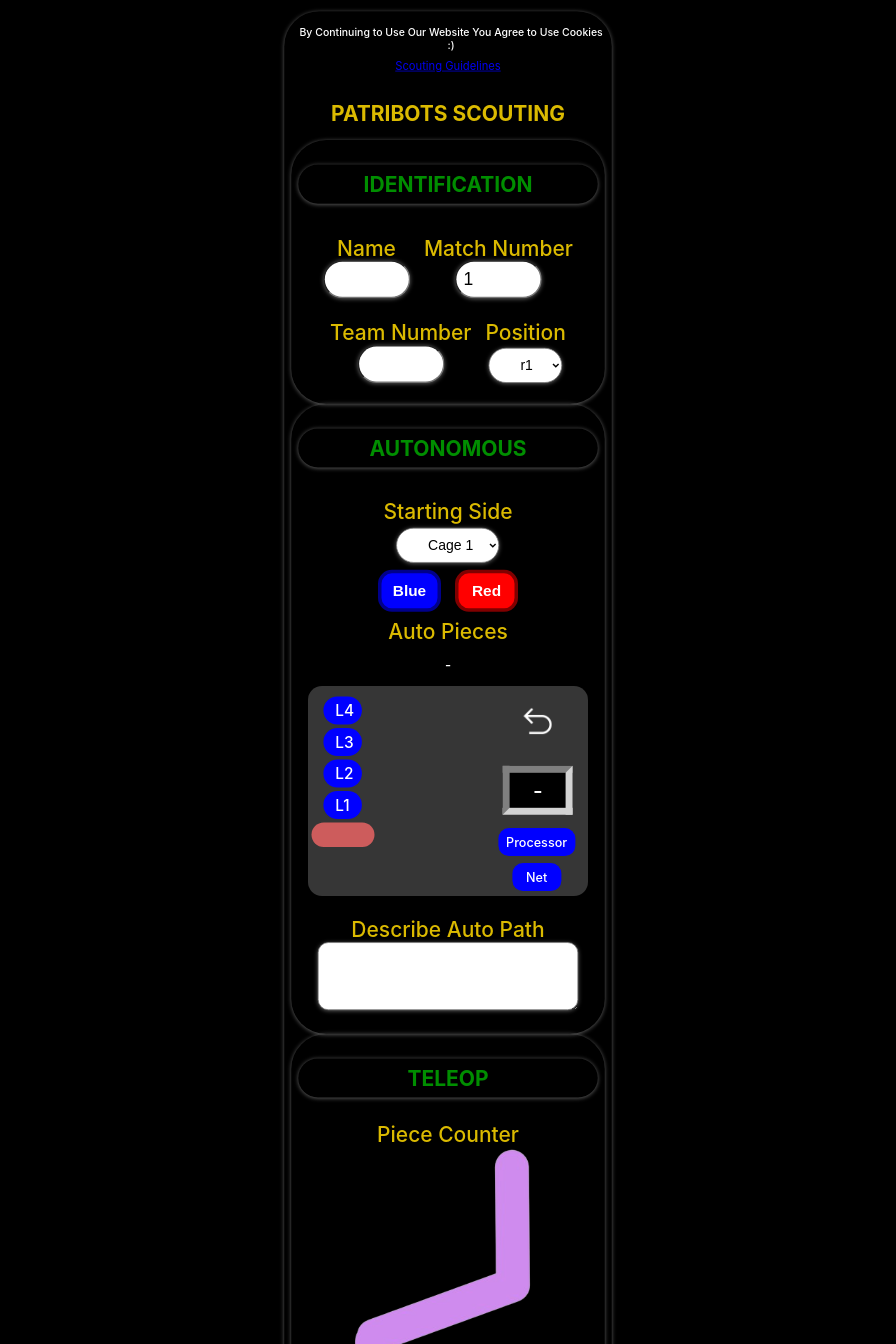
Repository: Patribots4738/ScoutingWebsite
Page: /
The author's editor kept a copy of each file at every save. The page is drawn from the files as they stood at one save, then again after the next save.
The browser window is 1280 px wide. The pictures show the part of the page from y = 0 to 1920 px (the page is 3999 px tall), at 70% of full size.
The project was rebuilt for these pictures with package versions that can differ from the ones it lists, and the page was loaded fresh each time. Also part of the build but not shown: craco.config.js, src/widgets/Counter.js.

Above is the page before, as saved 2025-01-26 18:11:00.

### public/index.html
<!DOCTYPE html>
<html lang="en">
  <head>
    <meta charset="utf-8" />
    <link rel="icon" href="%PUBLIC_URL%/favicon.ico" />
    <meta name="viewport" content="width=device-width,initial-scale=0.8,maximum-scale=1,user-scalable=no" />
    <meta name="theme-color" content="#000000" />
    <meta
      name="description"
      content="Web site created using create-react-app"
    />
    <link rel="apple-touch-icon" href="%PUBLIC_URL%/logo192.png" />
    <!--
      manifest.json provides metadata used when your web app is installed on a
      user's mobile device or desktop. See https://developers.google.com/web/fundamentals/web-app-manifest/
    -->
    <link rel="manifest" href="%PUBLIC_URL%/manifest.json" />
    <!--
      Notice the use of %PUBLIC_URL% in the tags above.
      It will be replaced with the URL of the `public` folder during the build.
      Only files inside the `public` folder can be referenced from the HTML.

      Unlike "/favicon.ico" or "favicon.ico", "%PUBLIC_URL%/favicon.ico" will
      work correctly both with client-side routing and a non-root public URL.
      Learn how to configure a non-root public URL by running `npm run build`.
    -->
    <title>Patribots Scouting</title>
  </head>
  <body>
    <noscript>You need to enable JavaScript to run this app.</noscript>
    <div id="root"></div>
    <!--
      This HTML file is a template.
      If you open it directly in the browser, you will see an empty page.

      You can add webfonts, meta tags, or analytics to this file.
      The build step will place the bundled scripts into the <body> tag.

      To begin the development, run `npm start` or `yarn start`.
      To create a production bundle, use `npm run build` or `yarn build`.
    -->
  </body>
</html>

### src/Container.js
import './App.css';

import CheckBox from './widgets/CheckBox';
import TextBox from './widgets/TextBox';
import Counter from './widgets/Counter';
import TeleopCounter from './widgets/TeleopCounter';
import Submit from './widgets/Submit';
import TextBoxLong from './widgets/TextBoxLong';
import Export from './widgets/Export';
import Dropdown from './widgets/Dropdown';
import AutoCounter from './widgets/AutoCounter';

import { v4 as uuidv4 } from "uuid"
import React from 'react';
import ClearLocalStorage from './widgets/ClearLocalStorage';

import { set, ref } from "firebase/database";
import { db } from "./firebaseConfig";

class Container extends React.Component {

  state = {
    scoutingLog: [],
    flippedMaps: localStorage.getItem("flippedMaps") //TODO: make this work
  }

  gatherData = () => {
    var arr = []


    for (var i = 0; i < this.state.scoutingLog.length; i++) {


      var element = document.getElementById(this.state.scoutingLog[i]);
      if (element !== null) {
        var value;
        if (element.getAttribute("value") !== null && element.getAttribute("value") !== undefined) {

          value = (element.getAttribute("value"))

          if (element.required && value === "") {

            alert("Required field " + element.getAttribute("title") + " is blank.")
            return [[], false]

          }
        } else {
          value = element.value

        }

        arr.push([element.getAttribute("title"), value])
      }
    }
    return [arr, true]
  }


  handleFormSubmit = (e) => {
    e.preventDefault()


    var data = this.gatherData()

    var sendData = data[1];
    data = data[0];

    const eventID = '2024cabl';

    if (sendData) {
      let validMatch = true;
      if (this.badMatchNumber(data[1][1])) {
        validMatch = window.confirm("Are you sure your match and team numbers are correct?");
      }
      if (validMatch) {

        let name = data[0][1];
        let matchNumber = data[1][1];
        let position = data[3][1];
        let teleopPieceCounts = JSON.parse(data[7][1]);

        let commentData = {
          "Name": name,
          "What they did well": data[13][1],
          "What they did bad": data[14][1],
          "Additional Comments": data[15][1],
          "Auto Description": data[6][1],
          "Auto Start": data[4][1]
        }
        let jsonData = {     //change this to 2025 data points
          "Speaker Wing Cycles": teleopPieceCounts["speaker"]["wing"],
          "Speaker Center Cycles": teleopPieceCounts["speaker"]["center"],
          "Speaker Full Cycles": teleopPieceCounts["speaker"]["source"],
          "Amp Wing Cycles": teleopPieceCounts["amp"]["wing"],
          "Amp Center Cycles": teleopPieceCounts["amp"]["center"],
          "Amp Full Cycles": teleopPieceCounts["amp"]["source"],
          "Pass Wing Cycles": teleopPieceCounts["pass"]["wing"],
          "Pass Center Cycles": teleopPieceCounts["pass"]["center"],
          "Pass Full Cycles": teleopPieceCounts["pass"]["source"],
          "Fumbles Speaker Wing Cycles": teleopPieceCounts["fumbleSpeaker"]["wing"],
          "Fumbles Speaker Center Cycles": teleopPieceCounts["fumbleSpeaker"]["center"],
          "Fumbles Speaker Full Cycles": teleopPieceCounts["fumbleSpeaker"]["source"],
          "Fumbles Amp Wing Cycles": teleopPieceCounts["fumbleAmp"]["wing"],
          "Fumbles Amp Center Cycles": teleopPieceCounts["fumbleAmp"]["center"],
          "Fumbles Amp Full Cycles": teleopPieceCounts["fumbleAmp"]["source"],
          "Match Number": matchNumber,
          "Temp Failure": data[11][1],
          "Critical Failure": data[12][1],
          "End Onstage": data[8][1],
          "Climb Failure": data[9][1],
          "Trap": data[10][1]
        };
        //                      event             match #                                Name|Position-Team#
        set(ref(db, 'scouting/' + eventID + '/match-' + matchNumber + '/' + name + '|' + position + '-' + data[2][1] + '/data/'), jsonData);
        set(ref(db, 'scouting/' + eventID + '/match-' + matchNumber + '/' + name + '|' + position + '-' + data[2][1] + '/comments/'), commentData);

        localStorage.setItem("name", name);
        localStorage.setItem("matchNumber", matchNumber);
        localStorage.setItem("position", position);

        let cachedData = JSON.parse(localStorage.getItem("matchData"));

        if (cachedData === null) {
          cachedData = {};
        }

        let matchPath = `match-${matchNumber}`;
        let botPath = `${name}|${position}-${data[2][1]}`;

        if (cachedData[matchPath] === undefined) {
          cachedData[matchPath] = {};
          cachedData[matchPath][botPath] = { data: jsonData, comments: commentData };
        } else {
          cachedData[matchPath][botPath] = { data: jsonData, comments: commentData };
        }

        cachedData = JSON.stringify(cachedData, null, "\t");

        localStorage.setItem("matchData", cachedData);

        window.scrollTo(0, 0);
        setTimeout(() => {
          document.location.reload();
        }, 3500);
        alert("Data submitted, press ok to continue");
      }
    }
  }

  badMatchNumber = (val) => {
    return (val.toString().length > 2)
  }

  clearLocalStorage = () => {
    var response = window.confirm("Are you sure you want to clear all saved matches?");
    if (!response) { alert("Aborted wiping local storage"); return; }
    response = window.confirm("Are you sure you're sure?");
    if (!response) { alert("Aborted wiping local storage"); return; }
    localStorage.clear();
    alert("Cleared all match data.")
  }


  assignUUID = () => {
    var id = uuidv4();
    this.state.scoutingLog.push(id);
    return id;
  }


  handleExportData = (_) => {
    let cachedDataJSON = localStorage.getItem("matchData");

    if (cachedDataJSON != null) {
      let file = new Blob([cachedDataJSON], { type: "text/json" })

      let blobURL = window.URL.createObjectURL(file)

      const anchor = document.createElement('a');
      anchor.href = blobURL
      anchor.target = "_blank"
      anchor.download = "matchData.json"

      anchor.click()

      URL.revokeObjectURL(blobURL);
    }
  }

  render() {
    return (
      <ul className="container">
        <span className="label cookie">
          By Continuing to Use Our Website You Agree to Use Cookies :)
        </span>
        <a
          className="scouting-guidelines widget"
          href="https://docs.google.com/document/d/1Ia6xii1MCRcM0T9CLcPGnI98FGZ5JFwIAK3yKLTfOWg"
          target="_blank"
          rel="noreferrer"
        >
          Scouting Guidelines
        </a>

        <h1 className="title">
          PATRIBOTS SCOUTING
        </h1>

        <div className='identification-container'>
          <h2 className="subtitle section-title">
            IDENTIFICATION
          </h2>

          <div>
            <TextBox
              className="textbox name"
              id={this.assignUUID()}
              title={"Name"}
              value={localStorage.getItem("name")}
              required={"true"}
              numeric={false}
            />
            <TextBox
              className="textbox match"
              id={this.assignUUID()}
              title={"Match Number"}
              value={+localStorage.getItem("matchNumber") + 1}
              required={true}
              numeric={true}
            />
          </div>
          <div>
            <TextBox
              className="textbox team"
              id={this.assignUUID()}
              title={"Team Number"}
              value={""}
              required={true}
              numeric={true}
            />
            <Dropdown
              className="dropdown alliance-color"
              id={this.assignUUID()}
              title={"Position"}
              value={localStorage.getItem("position")}
              selected={localStorage.getItem("position")}
              required={true}
              items={[
                {
                  title: "r1",
                  value: "r1"
                },
                {
                  title: "r2",
                  value: "r2"
                },
                {
                  title: "r3",
                  value: "r3"
                },
                {
                  title: "b1",
                  value: "b1"
                },
                {
                  title: "b2",
                  value: "b2"
                },
                {
                  title: "b3",
                  value: "b3"
                }
              ]}
            />
          </div>
        </div>

        <div className="auto-container">
          <h2 className="subtitle section-title">
            AUTONOMOUS
          </h2>
          <div className="style1">
          <span>
            <Dropdown
              className="dropdown alliance-color"
              id={this.assignUUID()}
              title={"Starting Side"}
              value={localStorage.getItem("position")}
              selected={localStorage.getItem("position")}
              required={true}
              items={[
                {
                  title: "Cage 1",
                  value: "Cage_1"
                },
                {
                  title: "Cage 2",
                  value: "Cage_2"
                },
                {
                  title: "Cage 3",
                  value: "Cage_3"
                }
              ]}
            />
            </span>
            <div>
              <AutoCounter
                value={[]}
                id={this.assignUUID()}
                title="Auto Pieces"
                decorator="auto-pieces"
                upperLimit={10}
                alliance={localStorage.getItem("position")}
              />
            </div>
            <div>
              <TextBoxLong
                className="text-box"
                id={this.assignUUID()}
                title={"Describe Auto Path"}
                value={""}
                numeric={false}
              />
            </div>
          </div>
        </div>

        <div className="teleop-container">
          <h2 className="subtitle section-title">
            TELEOP
          </h2>
          <TeleopCounter
            value={{}}
            id={this.assignUUID()}
            title="Piece Counter"
            className="teleop-counter"
            reverse={this.state.flippedMaps}
          />
          <div className="checkboxes1">
            <CheckBox
              className="isFailure"
              title="Deep Cage"
              id={this.assignUUID()}
              value={false}
              decorator="dissapointmentCheckbox"
            />
            <CheckBox
              className="isFailure"
              title="Shallow Cage"
              id={this.assignUUID()}
              value={false}
              decorator="dissapointmentCheckbox"
            />
          </div>
        </div>

        <div className="post-match-container">
          <h2 className="subtitle section-title">
            POST-MATCH
          </h2>
          <div className="checkboxes1">
            <CheckBox
              className="temporary"
              title="Temp. Failure"
              id={this.assignUUID()}
              value={false}
              decorator={"temporary"}
            />
            <CheckBox
              className="critical"
              title="Critical Failure"
              id={this.assignUUID()}
              value={false}
              decorator={"critical"}
            />
          </div>
          <div>
            <TextBoxLong
              className="text-box-long"
              id={this.assignUUID()}
              title={"What they did well"}
              value={""}
              numeric={false}
              placeholder=""
            />
          </div>
          <div>
            <TextBoxLong
              className="text-box-long"
              id={this.assignUUID()}
              title={"What they didn't do well"}
              value={""}
              numeric={false}
              placeholder=""
            />
          </div>
          <div>
            <TextBoxLong
              className="text-box-long"
              id={this.assignUUID()}
              title={"Additional comments"}
              value={""}
              numeric={false}
              placeholder=""
            />
          </div>

        </div>

        <div className='submit-container'>
          <Submit title="Submit" handleFormSubmit={this.handleFormSubmit} />
        </div>

        <div className='export-container'>
          <Export title="Export Data" handleExportData={this.handleExportData} />
          <ClearLocalStorage title="Clear local data" clearLocalStorage={this.clearLocalStorage} />
        </div>
      </ul>
    );
  }


}

export default Container;

Loaded but not shown: src/index.css (common file); src/widgets/AutoCounter.js (226 lines, source omitted); src/widgets/TeleopCounter.js (205 lines, source omitted); src/widgets/TextBox.js (76 lines, source omitted); src/widgets/ScoringSection.js (38 lines, source omitted); src/widgets/Dropdown.js (55 lines, source omitted); src/widgets/TextBoxLong.js (52 lines, source omitted); src/widgets/TeleopReef.js (27 lines, source omitted); src/widgets/CheckBox.js (40 lines, source omitted); src/firebaseConfig.js (20 lines, source omitted); src/widgets/ClearLocalStorage.js (25 lines, source omitted); src/widgets/Submit.js (21 lines, source omitted); src/widgets/Export.js (20 lines, source omitted); src/index.js (13 lines, source omitted); src/widgets/ReefSection.js (14 lines, source omitted); src/App.js (13 lines, source omitted); src/App.css (946 lines, source omitted)

After the next save:
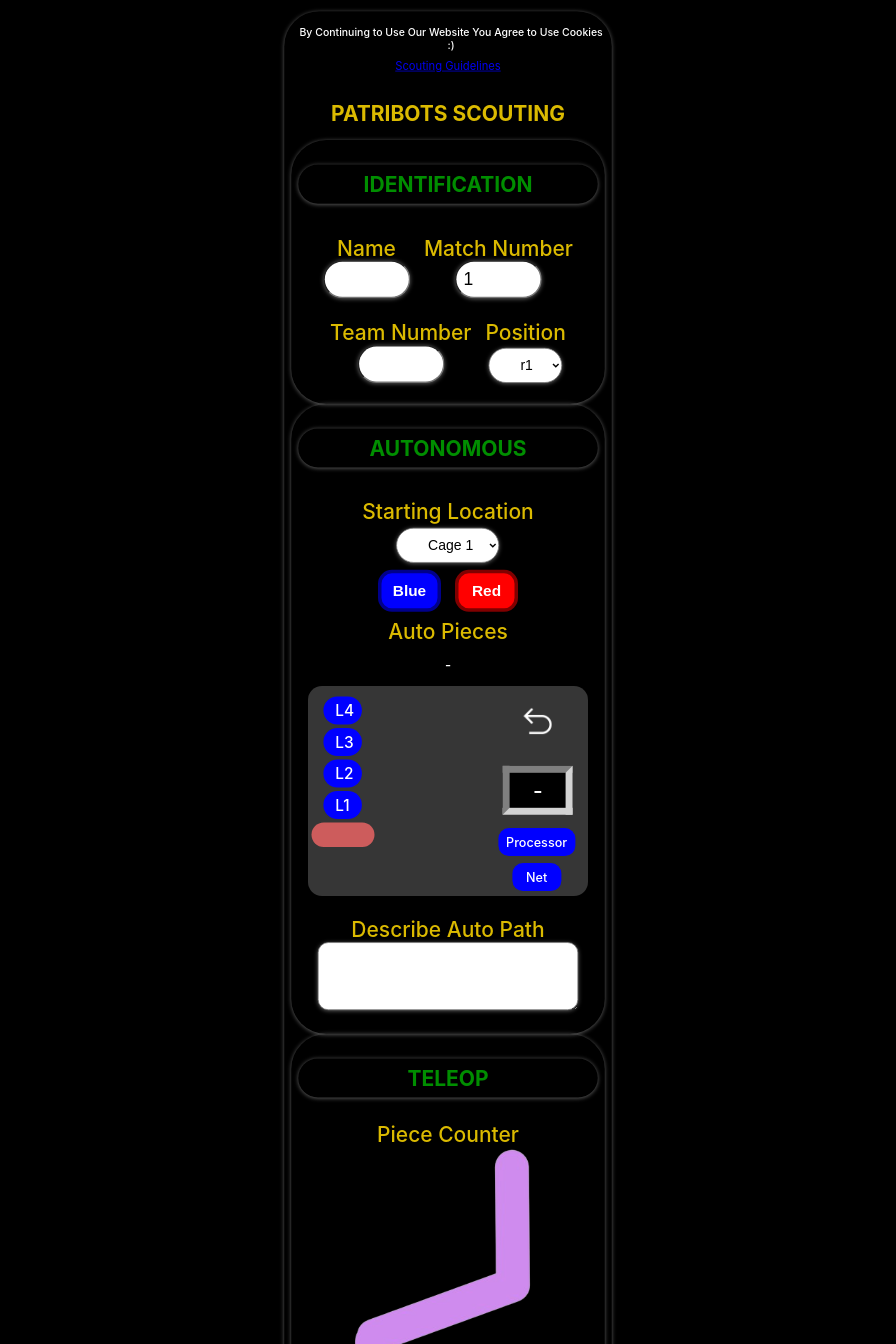
Saved 18 s later.
--- a/src/Container.js
+++ b/src/Container.js
@@ -284,7 +284,7 @@
             <Dropdown
               className="dropdown alliance-color"
               id={this.assignUUID()}
-              title={"Starting Side"}
+              title={"Starting Location"}
               value={localStorage.getItem("position")}
               selected={localStorage.getItem("position")}
               required={true}
